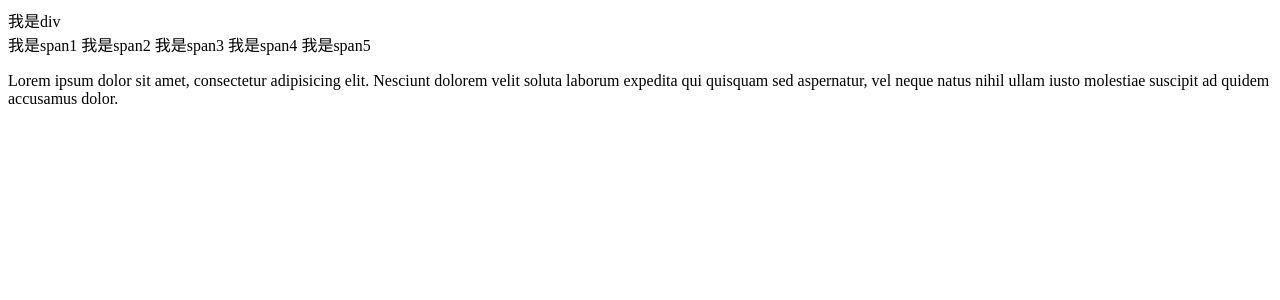
Repository: nanfengovo/CSS
Page: display.html
These files come from the project's save history. The page is drawn as it stood at one moment and after the next save; the edit follows.
The browser window is 1280 px wide. The pictures show the whole page.

Above is the page before, as saved 2025-01-01 10:48:32.

After the next save:
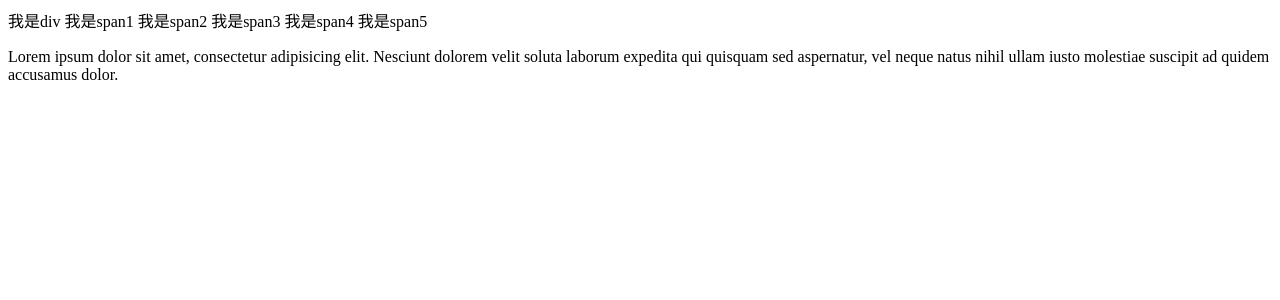
Saved 117 s later.
--- a/display.html
+++ b/display.html
@@ -4,6 +4,12 @@
     <meta charset="UTF-8">
     <meta name="viewport" content="width=device-width, initial-scale=1.0">
     <title>CSS display</title>
+    <style>
+        div{
+            display: inline;
+
+        }
+    </style>
 </head>
 <body>
     <div>我是div</div>
